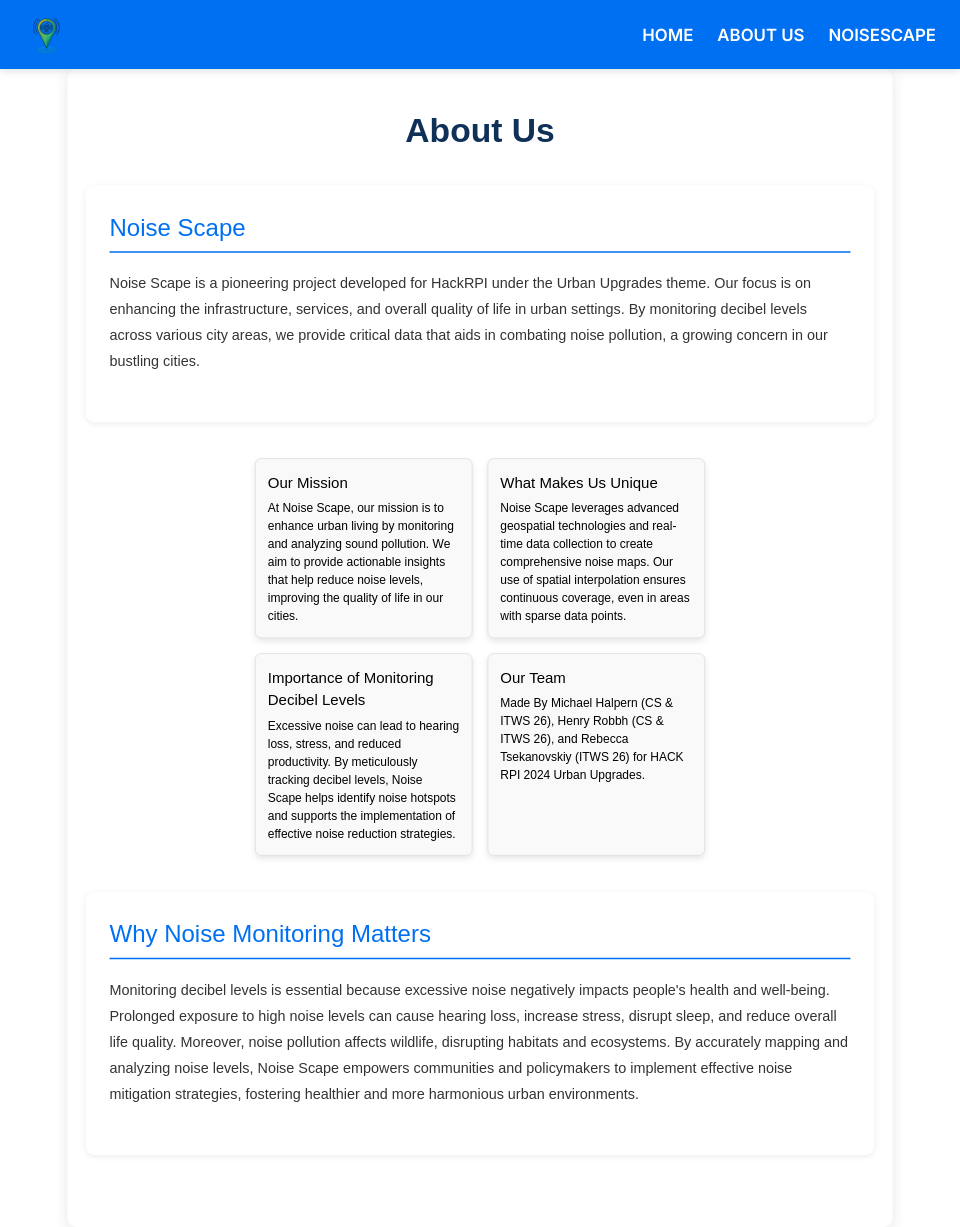
Repository: michaelhelper/HackRPI24
Page: /aboutUs (app in nextjs-dashboard/)
An editor plug-in stored every save of this project. The page is shown before and after a run of saves, followed by the edit.
The browser window is 1280 px wide. The pictures show the whole page, at 75% of full size.
Some web fonts or font styles are not loaded; a fallback is used. The project was rebuilt for these pictures with package versions that can differ from the ones it lists, and the page was loaded fresh each time. The framework's server and built-in components were replaced by stand-ins that run in the browser. Also part of the build but not shown: nextjs-dashboard/next.config.ts.

Above is the page before, as saved 2024-11-10 10:30:04.

### nextjs-dashboard/app/aboutUs/page.tsx
// app/about-us/page.tsx

import React from 'react';
import Navbar from '../nav'; // Adjust the path if necessary
import AboutUs from '../aboutus'; // Adjust the path if necessary

const AboutUsPage: React.FC = () => {
  return (
    <div>
      <Navbar />
      <main>
        <AboutUs />
      </main>
    </div>
  );
};

export default AboutUsPage;

### nextjs-dashboard/app/nav.tsx
// src/components/Navbar.tsx

import React from 'react';
import Link from 'next/link';
import Logo from './logo'; // Ensure the path is correct
import styles from './navbar.module.css'; // Import the CSS module

const Navbar: React.FC = () => {
  return (
    <nav className={styles.navbar}>
      <div className={styles.logoContainer}>
        <Logo />
      </div>
      <ul className={styles.navLinks}>
        <li className={styles.navItem}>
          <Link href="/" className={styles.navLink}>
            HOME
          </Link>
        </li>
        <li className={styles.navItem}>
          <Link href="/aboutUs" className={styles.navLink}>
            ABOUT US
          </Link>
        </li>
        <li className={styles.navItem}>
          <Link href="" className={styles.navLink}>
            NOISESCAPE
          </Link>
        </li>
      </ul>
    </nav>
  );

};

export default Navbar;

### nextjs-dashboard/app/aboutus.tsx
// src/components/AboutUs.tsx

import React from 'react';
import styles from './AboutUs.module.css';
import DataCards from './DataCards';

const AboutUs: React.FC = () => {
  // Define your cards data based on the answers to the questions
  const cards = [
    {
      title: 'Our Mission',
      content:
        'At Noise Scape, our mission is to enhance urban living by monitoring and analyzing sound pollution. We aim to provide actionable insights that help reduce noise levels, improving the quality of life in our cities.',
    },
    {
      title: 'What Makes Us Unique',
      content:
        'Noise Scape leverages advanced geospatial technologies and real-time data collection to create comprehensive noise maps. Our use of spatial interpolation ensures continuous coverage, even in areas with sparse data points.',
    },
    {
      title: 'Importance of Monitoring Decibel Levels',
      content:
        'Excessive noise can lead to hearing loss, stress, and reduced productivity. By meticulously tracking decibel levels, Noise Scape helps identify noise hotspots and supports the implementation of effective noise reduction strategies.',
    },
    {
      title: 'Our Team',
      content:
        'Made By Michael Halpern (CS & ITWS 26), Henry Robbh (CS & ITWS 26), and Rebecca Tsekanovskiy (ITWS 26) for HACK RPI 2024 Urban Upgrades.'

    }

  ];

  return (
    <div className={styles.container}>
      <h1 className={styles.title}>About Us</h1>

      <section className={styles.section}>
        <h2 className={styles.subtitle}>Noise Scape</h2>
        <p className={styles.text}>
          Noise Scape is a pioneering project developed for HackRPI under the Urban Upgrades theme. Our focus is on enhancing the infrastructure, services, and overall quality of life in urban settings. By monitoring decibel levels across various city areas, we provide critical data that aids in combating noise pollution, a growing concern in our bustling cities.
        </p>
      </section>

      {/* Interactive Data Cards */}
      <section className={styles.cardsSection}>
        <DataCards cards={cards} />
      </section>

      <section className={styles.section}>
        <h2 className={styles.subtitle}>Why Noise Monitoring Matters</h2>
        <p className={styles.text}>
          Monitoring decibel levels is essential because excessive noise negatively impacts people's health and well-being. Prolonged exposure to high noise levels can cause hearing loss, increase stress, disrupt sleep, and reduce overall life quality. Moreover, noise pollution affects wildlife, disrupting habitats and ecosystems. By accurately mapping and analyzing noise levels, Noise Scape empowers communities and policymakers to implement effective noise mitigation strategies, fostering healthier and more harmonious urban environments.
        </p>
      </section>


    </div>
  );
};

export default AboutUs;

### nextjs-dashboard/app/logo.tsx
// components/Logo.tsx
import React from 'react';
import Image from 'next/image';
import logoImage from '../public/noiseScapeLogoTransparent.png';

const Logo: React.FC = () => {
  return (
      <Image src={logoImage} alt="Logo" style={styles.logoImage} />
  );
};

// Basic inline styles for the logo
const styles = {
  logoImage: {
    width: '60px',
    height: '60px',
    borderRadius: '50%',
  },
};

export default Logo;

### nextjs-dashboard/app/navbar.module.css
/* Navbar.module.css */

.navbar {
    display: flex;
    justify-content: space-between;
    align-items: center;
    padding: 1rem 2rem;
    background-color: #0070f3; /* Deep vibrant blue for visual impact */
    color: #ffffff;
    position: sticky;
    top: 0;
    z-index: 10;
    box-shadow: 0 4px 10px rgba(0, 0, 0, 0.1);
  }

  /* Logo container to position the logo in the navbar */
  .logoContainer {
    flex-grow: 1;
  }

  .logo {
    color: #ffffff;
    font-size: 1.8rem;
    font-weight: bold;
    cursor: pointer;
    text-decoration: none;
    transition: transform 0.3s;
  }

  .logo:hover {
    transform: scale(1.05);
  }

  /* Styling for the navigation links */
  .navLinks {
    display: flex;
    list-style-type: none;
    margin: 0;
    padding: 0;
  }

  /* Each item in the navigation */
  .navItem {
    margin-left: 2rem; /* Add spacing between items for better readability */
  }

  /* Styling for individual navigation links */
  .navLink {
    color: #ffffff;
    text-decoration: none;
    font-weight: 600;
    font-size: 1.4rem;
    transition: color 0.3s ease-in-out, transform 0.3s ease-in-out;
  }

  /* Link hover effect for better interactivity */
  .navLink:hover {
    color: black; /* Bright yellow to highlight links on hover */
    transform: translateY(-2px);
  }

  /* Responsive navbar for mobile view */
  .hamburger {
    display: none;
    flex-direction: column;
    cursor: pointer;
  }

  .hamburger span {
    background: #ffffff;
    height: 3px;
    width: 25px;
    margin: 3px 0;
    transition: all 0.3s ease;
  }

  /* Mobile Menu styles */
  .mobileMenu {
    display: none;
    position: absolute;
    top: 100%;
    right: 0;
    width: 100%;
    background-color: #0070f3;
    box-shadow: 0 8px 16px rgba(0, 0, 0, 0.15);
    padding: 1rem;
  }

  .mobileMenu.active {
    display: flex;
    flex-direction: column;
    align-items: center;
  }

  .navLinks.mobile {
    flex-direction: column;
    width: 100%;
  }

  .navItem.mobile {
    margin: 1rem 0;
  }

  @media (max-width: 768px) {
    .navLinks {
      display: none;
    }

    .hamburger {
      display: flex;
    }

    .mobileMenu {
      display: none; /* Hidden by default, triggered by JS */
    }

    .navItem {
      margin-left: 0;
    }

  }

### nextjs-dashboard/app/AboutUs.module.css
/* General container for the page */
.container {
    max-width: 1100px;
    width: 90%;
    margin: 0 auto;
    padding: 3rem 1.5rem;
    background-color: #ffffff;
    border-radius: 12px;
    font-family: 'Arial', sans-serif;
    box-shadow: 0 4px 20px rgba(0, 0, 0, 0.1);
  }

  /* Main title of the page */
  .title {
    font-size: 2.8rem;
    text-align: center;
    color: #0f3057;  /* Deep blue for a professional look */
    margin-bottom: 2.5rem;
    font-weight: 700;
  }

  /* Each main section container */
  .section {
    margin-bottom: 3rem;
    padding: 2rem;
    background-color: #ffffff;
    border-radius: 12px;
    box-shadow: 0 2px 8px rgba(0, 0, 0, 0.08);
    transition: transform 0.3s ease-in-out;
  }

  .section:hover {
    transform: scale(1.02);
  }

  /* Subtitle of each section */
  .subtitle {
    font-size: 2rem;
    color: #0070f3; /* Use of a vibrant color for emphasis */
    margin-bottom: 1.5rem;
    text-align: left;
    border-bottom: 2px solid #0070f3;
    padding-bottom: 0.5rem;
  }

  /* General text styling for the paragraphs */
  .text {
    font-size: 1.2rem;
    line-height: 1.8;
    color: #333;
    margin-bottom: 2rem;
  }

  /* Cards section container styling */
  .cardsSection {
    width: 100%;
    margin: 3rem auto;
  }

  /* Specific styling for the cards container */
  .card {
    width: 90%;
    max-width: 320px;
    margin: 1rem auto;
    padding: 2rem;
    background-color: #f7f9fc; /* Light blueish background for better contrast */
    border-radius: 12px;
    box-shadow: 0 6px 15px rgba(0, 0, 0, 0.1);
    transition: box-shadow 0.3s ease, transform 0.3s ease;
    text-align: center;
  }

  .card:hover {
    box-shadow: 0 8px 20px rgba(0, 0, 0, 0.15);
    transform: translateY(-5px);
  }

  .cardTitle {
    font-size: 1.6rem;
    color: #0f3057;
    margin-bottom: 1rem;
    font-weight: 600;
  }

  .cardContent {
    font-size: 1.1rem;
    color: #555;
    line-height: 1.6;
  }

  /* Button styling for navigation */
  .shuffleButton {
    margin-top: 2rem;
    padding: 0.75rem 1.75rem;
    font-size: 1.1rem;
    background-color: #0070f3;
    color: #ffffff;
    border: none;
    border-radius: 8px;
    cursor: pointer;
    transition: background-color 0.3s ease, box-shadow 0.3s ease;
    box-shadow: 0 4px 10px rgba(0, 112, 243, 0.4);
  }

  .shuffleButton:hover {
    background-color: #005bb5;
    box-shadow: 0 6px 15px rgba(0, 91, 181, 0.5);
  }

  /* Callout for Important Details */
  .highlight {
    background-color: #0070f3;
    color: #ffffff;
    padding: 0.2rem 0.5rem;
    border-radius: 4px;
  }

  /* Decorative Divider */
  .divider {
    margin: 3rem 0;
    height: 2px;
    width: 100%;
    background: linear-gradient(to right, #0070f3, #ffffff);
    border: none;
  }

### nextjs-dashboard/app/DataCards.tsx
"use client";

import React from 'react';
import styles from './DataCards.module.css';

interface Card {
  title: string;
  content: string;
}

interface DataCardsProps {
  cards: Card[];
}

const DataCards: React.FC<DataCardsProps> = ({ cards }) => {
  return (
    <div className={styles.gridContainer}>
      {cards.map((card, index) => (
        <div key={index} className={styles.card}>
          <h3 className={styles.cardTitle}>{card.title}</h3>
          <p className={styles.cardContent}>{card.content}</p>
        </div>
      ))}
    </div>
  );
};

export default DataCards;

### nextjs-dashboard/app/DataCards.module.css
.container {
  display: flex;
  justify-content: center;
  align-items: center;
}

.gridContainer {
  display: grid;
  grid-template-columns: repeat(2, 1fr);
  gap: 20px;
  max-width: 600px;
  margin: auto;
}

.card {
  background-color: #f9f9f9;
  border: 1px solid #ddd;
  border-radius: 8px;
  padding: 16px;
  box-shadow: 0 4px 8px rgba(0, 0, 0, 0.1);
}

.cardTitle {
  font-size: 1.25em;
  margin-bottom: 8px;
}

.cardContent {
  font-size: 1em;
}

Loaded but not shown: nextjs-dashboard/app/layout.tsx (common file); nextjs-dashboard/app/ui/global.css (common file); nextjs-dashboard/app/ui/fonts.ts (common file); nextjs-dashboard/tailwind.config.ts (common file)

After the next 2 saves:
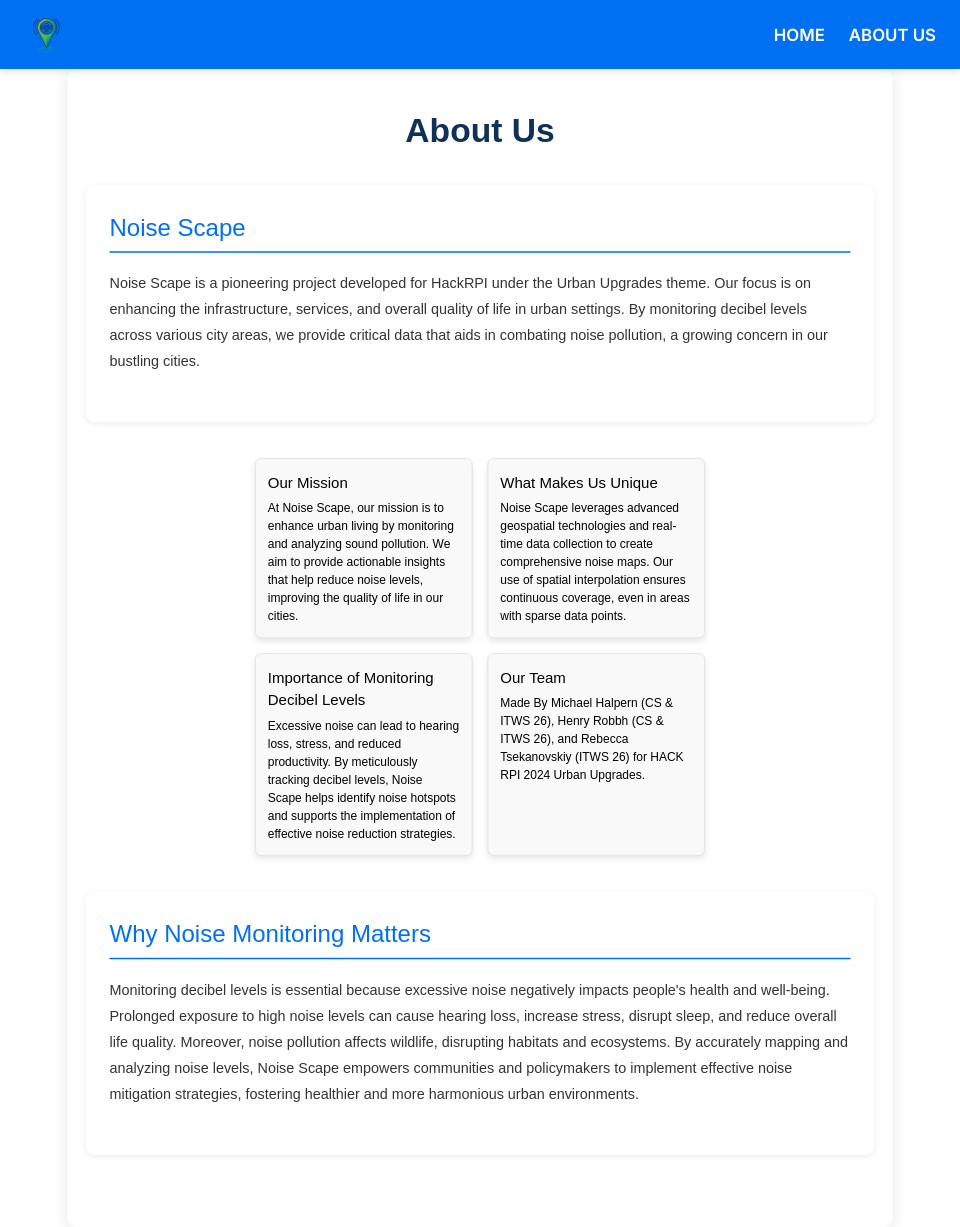
The 2 saves are shown as one change because they came seconds apart.
The last was saved 8 s later.
--- a/nextjs-dashboard/app/nav.tsx
+++ b/nextjs-dashboard/app/nav.tsx
@@ -12,6 +12,7 @@ const Navbar: React.FC = () => {
         <Logo />
       </div>
       <ul className={styles.navLinks}>
+
         <li className={styles.navItem}>
           <Link href="/" className={styles.navLink}>
             HOME
@@ -22,11 +23,6 @@ const Navbar: React.FC = () => {
             ABOUT US
           </Link>
         </li>
-        <li className={styles.navItem}>
-          <Link href="" className={styles.navLink}>
-            NOISESCAPE
-          </Link>
-        </li>
       </ul>
     </nav>
   );
